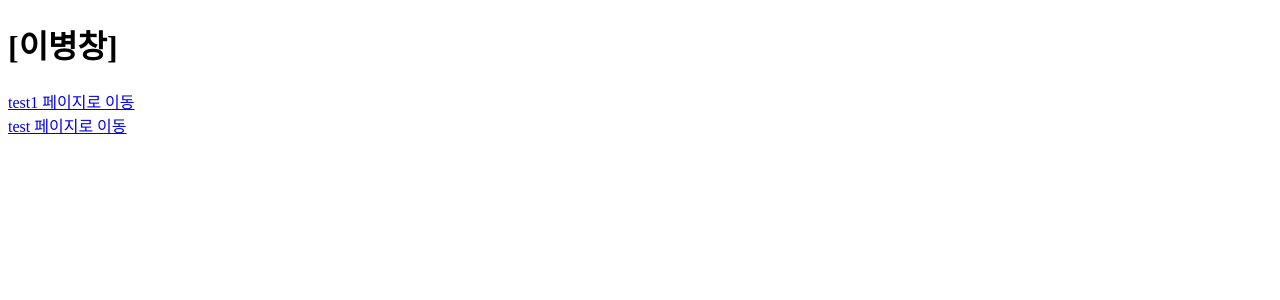
Repository: BC215/web-workspace
Page: 01_dynamicproject/src/main/webapp/index.html
These files come from the project's save history. The page is drawn as it stood at one moment and after the next save; the edit follows.
The browser window is 1280 px wide. The pictures show the whole page.

Above is the page before, as saved 2026-02-12 02:13:48.

### 01_dynamicproject/src/main/webapp/index.html
<!DOCTYPE html>
<html>
<head>
<meta charset="UTF-8">
<title>Insert title here</title>
</head>
<body>
<h1>[이병창]</h1>
<a href="html/test1.html">test1 페이지로 이동</a><br>
<a href="test.html">test 페이지로 이동</a>

</body>
</html>

After the next save:
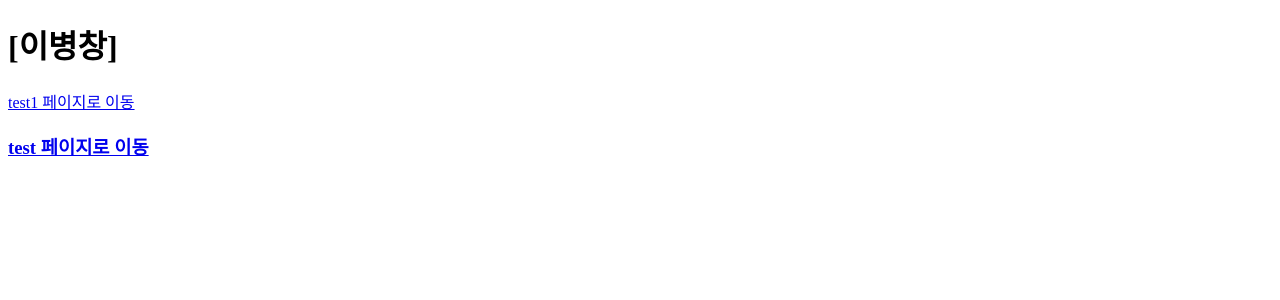
Saved 67 s later.
--- a/01_dynamicproject/src/main/webapp/index.html
+++ b/01_dynamicproject/src/main/webapp/index.html
@@ -7,7 +7,7 @@
 <body>
 <h1>[이병창]</h1>
 <a href="html/test1.html">test1 페이지로 이동</a><br>
-<a href="test.html">test 페이지로 이동</a>
+<h3><a href="test.html">test 페이지로 이동</a></h3>
 
 </body>
 </html>
